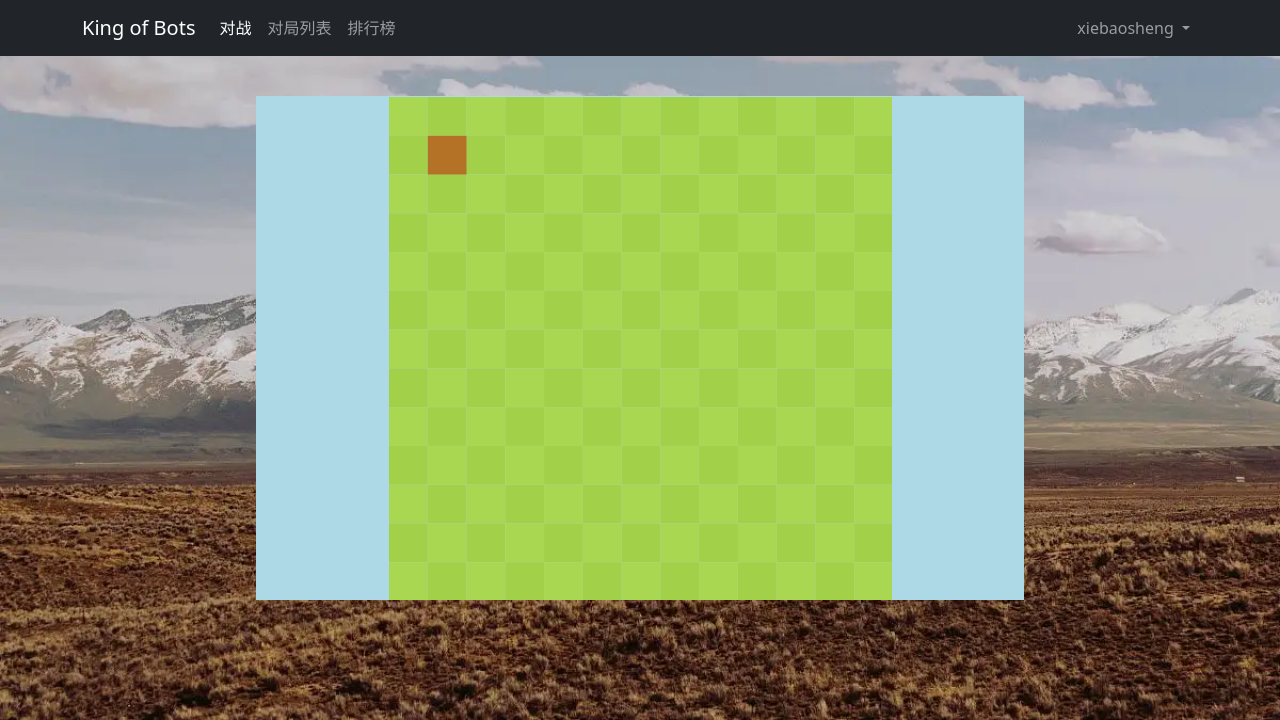
Repository: XieBaosheng/kob
Page: / (app in web/)
The author's editor kept a copy of each file at every save. The page is drawn from the files as they stood at one save, then again after the next save.
The browser window is 1280 px wide. The pictures show the whole page.
The project was rebuilt for these pictures with package versions that can differ from the ones it lists, and the page was loaded fresh each time. Also part of the build but not shown: web/vue.config.js, web/src/components/ContentField.vue, web/src/views/record/RecordIndexView.vue, web/src/views/ranklist/RanklistIndexView.vue, web/src/views/user/bot/UserBotIndexView.vue, web/src/views/error/NotFound.vue.

Above is the page before, as saved 2024-05-29 21:18:33.

### web/src/App.vue
<template>
  <NavBar />
  <router-view/>
</template>

<script>
import NavBar from './components/NavBar.vue';
import "bootstrap/dist/css/bootstrap.min.css"
import "bootstrap/dist/js/bootstrap"
export default {
  components: {
    NavBar
  }
}
</script>

<style>
body {
  background-image: url("@/assets/images/background.png");
  background-size: cover;
}
</style>

### web/src/router/index.js
import { createRouter, createWebHistory } from 'vue-router'
import PkIndexView from '../views/pk/PkIndexView'
import RecordIndexView from '../views/record/RecordIndexView'
import RanklistIndexView from '../views/ranklist/RanklistIndexView'
import UserBotIndexView from '../views/user/bot/UserBotIndexView'
import NotFound from '../views/error/NotFound'



const routes = [
  {
    path: "/",
    name: "home",
    redirect: "/pk/",
  },
  {
    path: '/pk/',
    name: 'pk_index',
    component: PkIndexView,
  },
  {
    path: '/record/',
    name: 'record_index',
    component: RecordIndexView,
  },
  {
    path: '/ranklist/',
    name: 'ranklist_index',
    component: RanklistIndexView,
  },
  {
    path: '/user/bot/',
    name: 'user_bot_index',
    component: UserBotIndexView,
  },
  {
    path: '/404/',
    name: '404',
    component: NotFound,
  },
  {
    path: '/:catchAll(.*)',
    redirect: '/404/',
  },
]

const router = createRouter({
  history: createWebHistory(),
  routes
})

export default router

### web/src/components/NavBar.vue
<template>
<nav class="navbar navbar-expand-lg navbar-dark bg-dark">
<div class="container">
    <router-link class="navbar-brand" :to="{name: 'home'}">King of Bots</router-link>
    <div class="collapse navbar-collapse" id="navbarText">
        <ul class="navbar-nav me-auto mb-2 mb-lg-0">
        <li class="nav-item">
            <router-link :class="route_name == 'pk_index' ? 'nav-link active' : 'nav-link'" :to="{name: 'pk_index'}">对战</router-link>
        </li>
        <li class="nav-item">
            <router-link :class="route_name == 'record_index' ? 'nav-link active': 'nav-link'" :to="{name: 'record_index'}">对局列表</router-link>
        </li>
        <li class="nav-item">
            <router-link :class="route_name == 'ranklist_index' ? 'nav-link active': 'nav-link'" :to="{name: 'ranklist_index'}">排行榜</router-link>
        </li>
        </ul>
        <ul class="navbar-nav">
            <li class="nav-item dropdown">
                <a class="nav-link dropdown-toggle" href="#" id="navbarDropdown" role="button" data-bs-toggle="dropdown" aria-expanded="false">
                xiebaosheng
                </a>
                <ul class="dropdown-menu" aria-labelledby="navbarDropdown">
                    <li>
                        <router-link class="dropdown-item" :to="{name: 'user_bot_index'}">我的Bot</router-link>
                    </li>
                    <li><hr class="dropdown-divider"></li>
                    <li><a class="dropdown-item" href="#">退出</a></li>
                </ul>
            </li>
        </ul>
    </div>
</div>
</nav>
</template>

<script>
import { useRoute } from 'vue-router'
import { computed } from 'vue'
export default {
    setup() {
        const route = useRoute();
        let route_name = computed(() => route.name)
        return {
            route_name
        }
    }
}
</script>

<style scoped>
</style>

### web/src/views/pk/PkIndexView.vue
<template>
<PlayGround/>
</template>

<script>
import PlayGround from '../../components/PlayGround'

export default {
    components: {
        PlayGround
    }
}
</script>

<style scoped>
</style>

### web/src/components/PlayGround.vue
<template>
<div class="playground">
    <GameMap />
</div>
</template>

<script>
import GameMap from './GameMap'

export default {
    components: {
        GameMap,
    }
}

</script>

<style scoped>
div.playground {
    width: 60vw;
    height: 70vh;
    margin: 40px auto;
    background: lightblue;
}
</style>

### web/src/components/GameMap.vue
<template>
    <div ref="parent" class="gamemap">
        <canvas ref="canvas"></canvas>
    </div>

</template>


<script>
import {GameMap} from "@/assets/scripts/GameMap"
import { ref, onMounted } from 'vue'
// 挂载完入口，执行操作

export default {
    setup() {
        let parent = ref(null);
        let canvas = ref(null);

        onMounted(() => {
            new GameMap(canvas.value.getContext('2d'), parent.value)
        });

        return {
            parent,
            canvas
        }

    }
}
</script>

<style scoped>
div.gamemap {
    width: 100%;
    height: 100%;
    display: flex;
    justify-content: center;
    align-items: center;
}
</style>

### web/src/assets/scripts/GameMap.js
import { AcGameObject } from "./AcGameObject";
import { Wall } from "./Wall";

export class GameMap extends AcGameObject {
    constructor(ctx, parent) {
        super();

        this.ctx = ctx;
        this.parent = parent;
        this.L = 0;

        this.rows = 13;
        this.cols = 13;

        this.walls = [];
    }

    create_walls() {
        new Wall(1, 1, this);
    }

    start() {
        this.create_walls();
    }

    updata_size() {
        this.L = Math.min(this.parent.clientWidth / this.cols, this.parent.clientHeight / this.rows);
        this.ctx.canvas.width = this.L * this.cols;
        this.ctx.canvas.height = this.L * this.rows;
    }

    update() {
        this.updata_size();
        this.render();
    }

    render() {
        // this.ctx.fillStyle = 'green';
        // this.ctx.fillRect(0, 0, this.ctx.canvas.width, this.ctx.canvas.height);
        const color_even = "#AAD751", color_odd = "#A2D149";
        for(let r = 0; r < this.rows; r++){
            for(let c = 0; c < this.cols; c++){
                this.ctx.fillStyle = (r + c) % 2 == 0 ? color_even : color_odd;
                this.ctx.fillRect(c * this.L, r * this.L, this.L, this.L);
            }
        }
    }
}

### web/src/assets/scripts/AcGameObject.js
const AC_GAME_OBJECTS = [];

export class AcGameObject {
    constructor() {
        AC_GAME_OBJECTS.push(this);
        this.timedelta = 0;
        this.has_called_start = false;

    }

    start() {//只执行一次

    }
    update() {//每帧执行一次，除了第一帧之外

    }
    on_destory() {//销毁时执行

    }

    destory() {
        this.on_destory();

        for(let i in AC_GAME_OBJECTS){
            const obj = AC_GAME_OBJECTS[i];
            if(obj === this){
                AC_GAME_OBJECTS.splice(i);
                break;
            }
        }
    }

}

let last_timestamp;
const step = timestamp => {
    for(let obj of AC_GAME_OBJECTS){
        if(!obj.has_called_start){
            obj.has_called_start = true;
            obj.start();
        }else{
            obj.timedelta = timestamp - last_timestamp;
            obj.update();
        }
    }

    last_timestamp = timestamp;
    requestAnimationFrame(step);
}

requestAnimationFrame(step);

### web/src/assets/scripts/Wall.js
import { AcGameObject } from "./AcGameObject";

export class Wall extends AcGameObject {
    constructor(r, c, gamemap){
        super();

        this.r = r;
        this.c = c;
        this.gamemap = gamemap;
        this.color = "#B37226";
    }

    update(){
        this.render();
    }

    render(){
        const L = this.gamemap.L;
        const ctx = this.gamemap.ctx;

        ctx.fillStyle = this.color;
        ctx.fillRect(this.c * L, this.r * L, L, L);
    }
}

Loaded but not shown: web/public/index.html (common file); web/src/main.js (common file); web/src/store/index.js (common file)

After the next save:
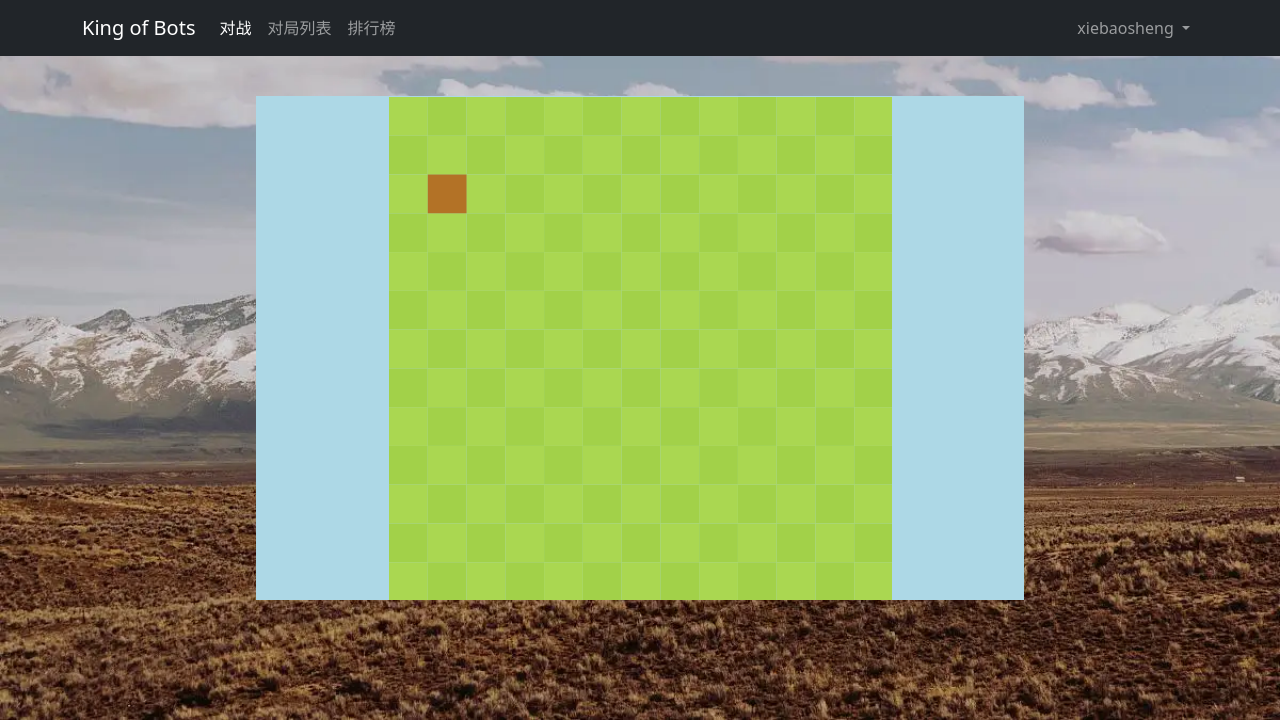
Saved 7 s later.
--- a/web/src/assets/scripts/GameMap.js
+++ b/web/src/assets/scripts/GameMap.js
@@ -16,7 +16,7 @@ export class GameMap extends AcGameObject {
     }
 
     create_walls() {
-        new Wall(1, 1, this);
+        new Wall(2, 1, this);
     }
 
     start() {
